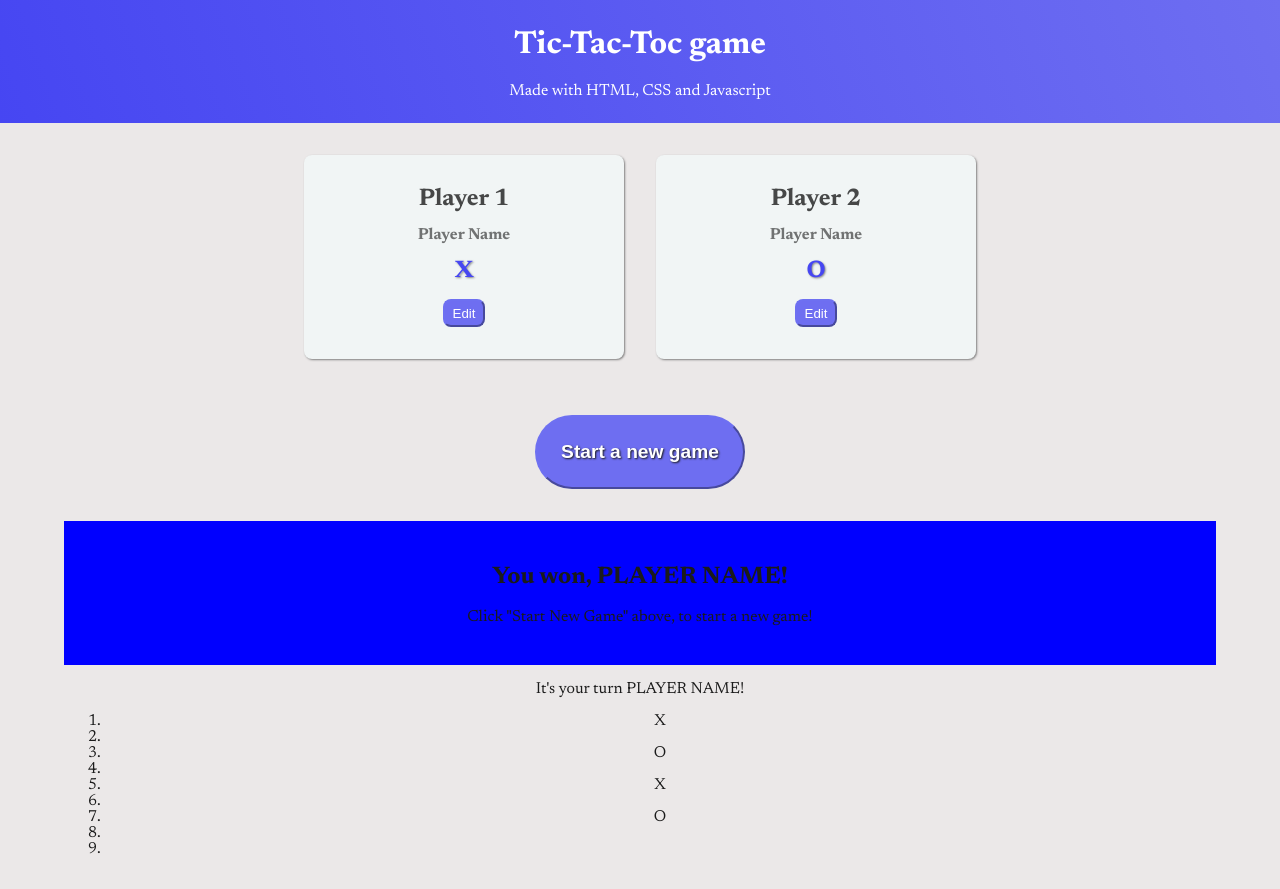
Repository: MicTomm/Tic-tac-toe-game
Page: index.html
The author's editor kept a copy of each file at every save. The page is drawn from the files as they stood at one save, then again after the next save.
The browser window is 1280 px wide. The pictures show the whole page.

Above is the page before, as saved 2023-06-23 17:42:45.
Not found: js-code

After the next save:
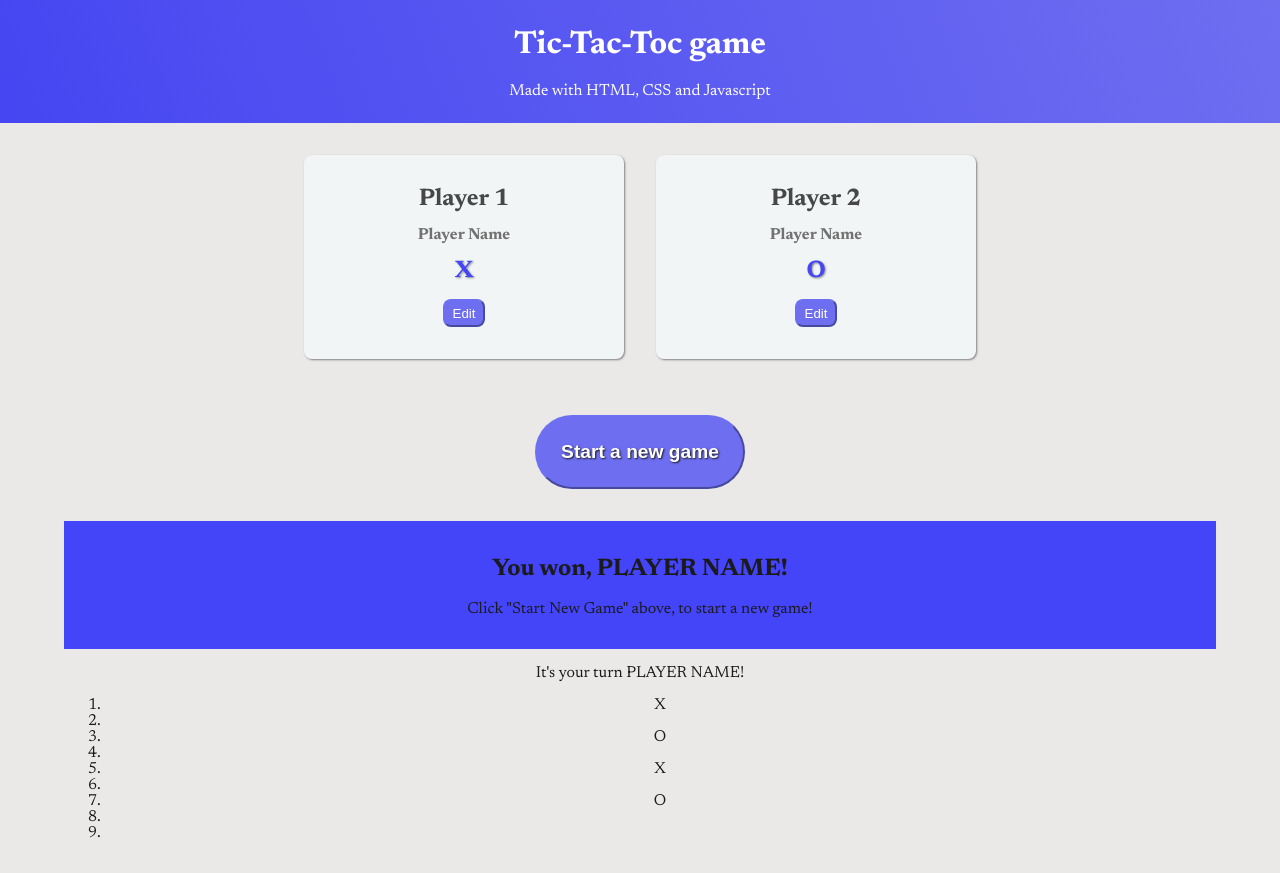
Saved 23 s later.
--- a/styles/game-execution.css
+++ b/styles/game-execution.css
@@ -7,6 +7,6 @@
 
 #game-over{
     margin: 0rem auto;
-    padding: 1.5rem;
-    background-color: blue;
+    padding: 1rem;
+    background-color: rgb(68, 68, 248);
 }
